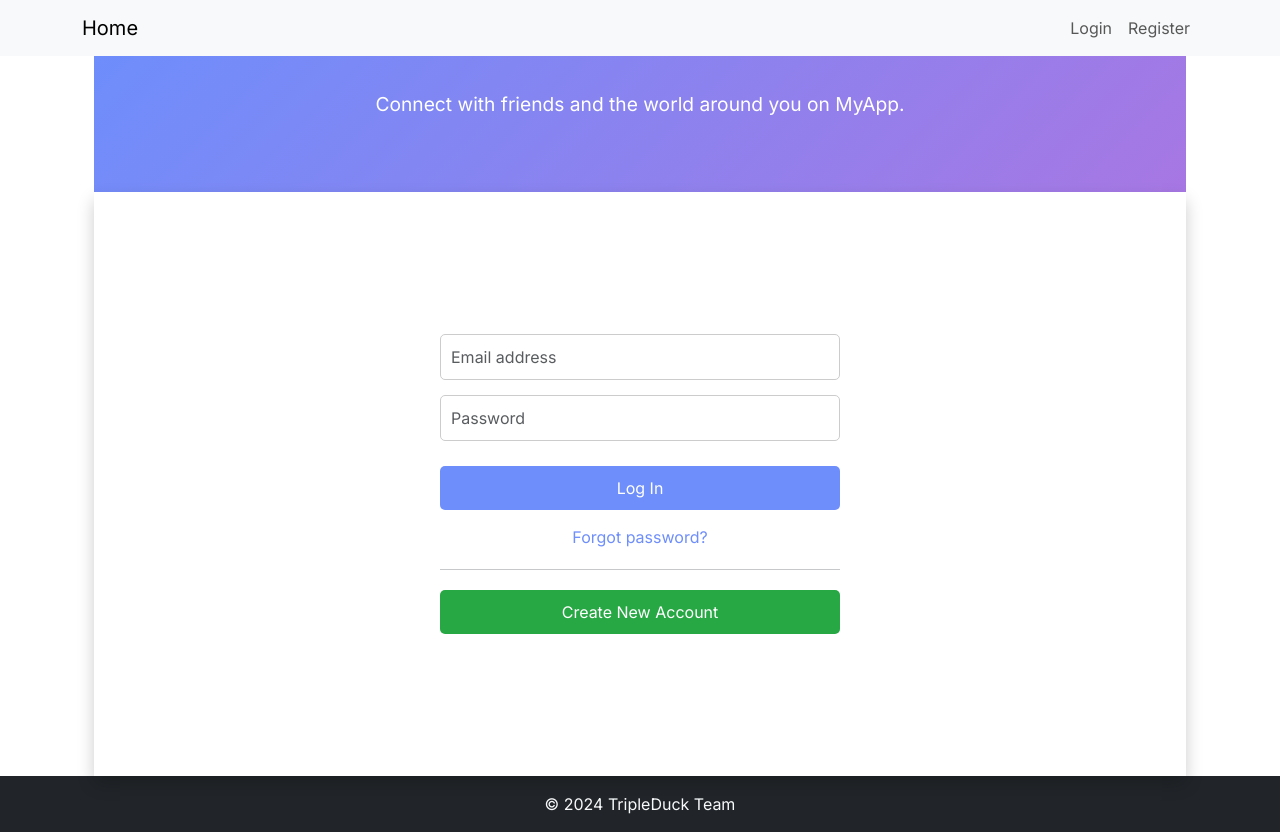
Repository: tdphong1293/KHDL01_DemoWebKafka
Page: /auth/login (app in Frontend_Client/)
The author's editor kept a copy of each file at every save. The page is drawn from the files as they stood at one save, then again after the next save.
The browser window is 1280 px wide. The pictures show the whole page.
The project was rebuilt for these pictures with package versions that can differ from the ones it lists, and the page was loaded fresh each time. The framework's server and built-in components were replaced by stand-ins that run in the browser. Also part of the build but not shown: Frontend_Client/next.config.mjs.

Above is the page before, as saved 2024-07-21 20:44:15.

### Frontend_Client/src/app/layout.tsx
import type { Metadata } from "next";
import { Inter } from "next/font/google";
import 'bootstrap/dist/css/bootstrap.min.css';
// import "@/styles/globals.css";
import Header from "@/components/header";
import Footer from "@/components/footer";
import { Container } from "react-bootstrap";
import { ToastContainer } from 'react-toastify';
import 'react-toastify/dist/ReactToastify.css';

const inter = Inter({ subsets: ["latin"] });

export const metadata: Metadata = {
    title: "Create Next App",
    description: "Generated by create next app",
};

export default function RootLayout({
    children,
}: Readonly<{
    children: React.ReactNode;
}>) {
    return (
        <html lang="en">
            <body className={inter.className}>
                <Header />
                <Container>
                    {children}
                </Container>
                <Footer />
                <ToastContainer />
            </body>
        </html>
    );
}

### Frontend_Client/src/app/auth/login/page.tsx
// src/app/auth/login/page.tsx
'use client';

import { FC } from 'react';
import { Form, Button } from 'react-bootstrap';
import ClientLayout from '@/components/clientLayout';
import styles from '../../../styles/page.module.css';

const Login: FC = () => {
  const handleSubmit = (event: React.FormEvent<HTMLFormElement>) => {
    event.preventDefault();
    // Xử lý logic đăng nhập ở đây
  };

  return (
    <ClientLayout>
      <div className={styles.loginContainer}>
        <div className={styles.topPanel}>
          <p className={styles.description}>Connect with friends and the world around you on MyApp.</p>
        </div>
        <div className={styles.bottomPanel}>
          <Form onSubmit={handleSubmit} className={styles.loginForm}>
            <Form.Group controlId="formBasicEmail" className={styles.formGroup}>
              <Form.Control type="email" placeholder="Email address" required className={styles.input} />
            </Form.Group>

            <Form.Group controlId="formBasicPassword" className={styles.formGroup}>
              <Form.Control type="password" placeholder="Password" required className={styles.input} />
            </Form.Group>

            <Button variant="primary" type="submit" className={styles.loginButton}>
              Log In
            </Button>

            <div className={styles.forgotPassword}>
              <a href="#">Forgot password?</a>
            </div>

            <hr className={styles.separator} />

            <Button variant="success" className={styles.createAccountButton}>
              Create New Account
            </Button>
          </Form>
        </div>
      </div>
    </ClientLayout>
  );
};

export default Login;

### Frontend_Client/src/components/header.tsx
'use client'

import Container from 'react-bootstrap/Container';
import Nav from 'react-bootstrap/Nav';
import Navbar from 'react-bootstrap/Navbar';
import Link from "next/link";

function Header() {
    return (
        <Navbar expand="lg" className="bg-body-tertiary">
            <Container>
                <Navbar.Brand>
                    <Link href={"/"} className="navbar-brand">Home</Link>
                </Navbar.Brand>
                <Navbar.Toggle aria-controls="basic-navbar-nav" />
                <Navbar.Collapse id="basic-navbar-nav">
                    <Nav className="me-auto">
                        {/* Các liên kết khác nếu có */}
                    </Nav>
                    <Nav className="ms-auto"> {/* Đặt các liên kết ở góc phải */}
                        <Nav.Item>
                            <Link href={"/auth/login"} className="nav-link">Login</Link>
                        </Nav.Item>
                        <Nav.Item>
                            <Link href={"/auth/register"} className="nav-link">Register</Link>
                        </Nav.Item>
                    </Nav>
                </Navbar.Collapse>
            </Container>
        </Navbar>
    );
}

export default Header;

### Frontend_Client/src/components/footer.tsx
'use client'
export default function Footer() {
    return (
        <footer className="bg-dark text-light py-3" style={{ display: 'flex', alignItems: 'center', justifyContent: 'center' }}>
            &copy; 2024 TripleDuck Team
        </footer>
    );
};

### Frontend_Client/src/components/clientLayout.tsx
// src/components/ClientLayout.tsx
'use client';

import { Container } from 'react-bootstrap';
import Header from './header';
import Footer from './footer';
import { ReactNode } from 'react';

export default function ClientLayout({ children }: { children: ReactNode }) {
  return (
    <>
      <Container>
        {children}
      </Container>
    </>
  );
}

### Frontend_Client/src/styles/page.module.css
.main {
  display: flex;
  flex-direction: column;
  justify-content: space-between;
  align-items: center;
  padding: 6rem;
  min-height: 100vh;
}

.description {
  display: inherit;
  justify-content: inherit;
  align-items: inherit;
  font-size: 0.85rem;
  max-width: var(--max-width);
  width: 100%;
  z-index: 2;
  font-family: var(--font-mono);
}

.description a {
  display: flex;
  justify-content: center;
  align-items: center;
  gap: 0.5rem;
}

.description p {
  position: relative;
  margin: 0;
  padding: 1rem;
  background-color: rgba(var(--callout-rgb), 0.5);
  border: 1px solid rgba(var(--callout-border-rgb), 0.3);
  border-radius: var(--border-radius);
}

.code {
  font-weight: 700;
  font-family: var(--font-mono);
}

.grid {
  display: grid;
  grid-template-columns: repeat(4, minmax(25%, auto));
  max-width: 100%;
  width: var(--max-width);
}

.card {
  padding: 1rem 1.2rem;
  border-radius: var(--border-radius);
  background: rgba(var(--card-rgb), 0);
  border: 1px solid rgba(var(--card-border-rgb), 0);
  transition: background 200ms, border 200ms;
}

.card span {
  display: inline-block;
  transition: transform 200ms;
}

.card h2 {
  font-weight: 600;
  margin-bottom: 0.7rem;
}

.card p {
  margin: 0;
  opacity: 0.6;
  font-size: 0.9rem;
  line-height: 1.5;
  max-width: 30ch;
  text-wrap: balance;
}

.center {
  display: flex;
  justify-content: center;
  align-items: center;
  position: relative;
  padding: 4rem 0;
}

.center::before {
  background: var(--secondary-glow);
  border-radius: 50%;
  width: 480px;
  height: 360px;
  margin-left: -400px;
}

.center::after {
  background: var(--primary-glow);
  width: 240px;
  height: 180px;
  z-index: -1;
}

.center::before,
.center::after {
  content: "";
  left: 50%;
  position: absolute;
  filter: blur(45px);
  transform: translateZ(0);
}

.logo {
  position: relative;
}
/* Enable hover only on non-touch devices */
@media (hover: hover) and (pointer: fine) {
  .card:hover {
    background: rgba(var(--card-rgb), 0.1);
    border: 1px solid rgba(var(--card-border-rgb), 0.15);
  }

  .card:hover span {
    transform: translateX(4px);
  }
}

@media (prefers-reduced-motion) {
  .card:hover span {
    transform: none;
  }
}

/* Mobile */
@media (max-width: 700px) {
  .content {
    padding: 4rem;
  }

  .grid {
    grid-template-columns: 1fr;
    margin-bottom: 120px;
    max-width: 320px;
    text-align: center;
  }

  .card {
    padding: 1rem 2.5rem;
  }

  .card h2 {
    margin-bottom: 0.5rem;
  }

  .center {
    padding: 8rem 0 6rem;
  }

  .center::before {
    transform: none;
    height: 300px;
  }

  .description {
    font-size: 0.8rem;
  }

  .description a {
    padding: 1rem;
  }

  .description p,
  .description div {
    display: flex;
    justify-content: center;
    position: fixed;
    width: 100%;
  }

  .description p {
    align-items: center;
    inset: 0 0 auto;
    padding: 2rem 1rem 1.4rem;
    border-radius: 0;
    border: none;
    border-bottom: 1px solid rgba(var(--callout-border-rgb), 0.25);
    background: linear-gradient(
      to bottom,
      rgba(var(--background-start-rgb), 1),
      rgba(var(--callout-rgb), 0.5)
    );
    background-clip: padding-box;
    backdrop-filter: blur(24px);
  }

  .description div {
    align-items: flex-end;
    pointer-events: none;
    inset: auto 0 0;
    padding: 2rem;
    height: 200px;
    background: linear-gradient(
      to bottom,
      transparent 0%,
      rgb(var(--background-end-rgb)) 40%
    );
    z-index: 1;
  }
}

/* Tablet and Smaller Desktop */
@media (min-width: 701px) and (max-width: 1120px) {
  .grid {
    grid-template-columns: repeat(2, 50%);
  }
}

@media (prefers-color-scheme: dark) {
  .vercelLogo {
    filter: invert(1);
  }

  .logo {
    filter: invert(1) drop-shadow(0 0 0.3rem #ffffff70);
  }
}

@keyframes rotate {
  from {
    transform: rotate(360deg);
  }
  to {
    transform: rotate(0deg);
  }
}

/*Login*/
.loginContainer {
  display: flex;
  flex-direction: column;
  height: 100vh;
}

.topPanel {
  flex: 0.15;
  display: flex;
  align-items: center;
  justify-content: center;
  background: linear-gradient(135deg, #6e8efb, #a777e3);
  color: white;
  text-align: center;
  padding: 20px;
}

.bottomPanel {
  flex: 0.85;
  display: flex;
  align-items: center;
  justify-content: center;
  background: white;
  box-shadow: 0 8px 16px rgba(0, 0, 0, 0.2);
  padding: 20px;
}

.brand {
  font-size: 2.5rem;
  margin-bottom: 20px;
  animation: fadeInDown 1s ease-in-out;
}

.description {
  font-size: 1.2rem;
  margin-bottom: 40px;
}

.loginForm {
  width: 100%;
  max-width: 400px;
  animation: fadeInUp 1s ease-in-out;
}

.formGroup {
  margin-bottom: 15px;
}

.input {
  padding: 10px;
  border-radius: 5px;
  border: 1px solid #ccc;
  transition: border-color 0.3s ease;
}

.input:focus {
  border-color: #6e8efb;
  outline: none;
}

.loginButton {
  width: 100%;
  padding: 10px;
  margin-top: 10px;
  background-color: #6e8efb;
  border: none;
  border-radius: 5px;
  transition: background-color 0.3s ease;
}

.loginButton:hover {
  background-color: #a777e3;
}

.forgotPassword {
  text-align: center;
  margin-top: 15px;
}

.forgotPassword a {
  color: #6e8efb;
  text-decoration: none;
  transition: color 0.3s ease;
}

.forgotPassword a:hover {
  color: #a777e3;
}

.separator {
  margin: 20px 0;
}

.createAccountButton {
  width: 100%;
  padding: 10px;
  background-color: #28a745;
  border: none;
  border-radius: 5px;
  transition: background-color 0.3s ease;
}

.createAccountButton:hover {
  background-color: #218838;
}

@keyframes fadeInDown {
  0% {
    opacity: 0;
    transform: translateY(-20px);
  }
  100% {
    opacity: 1;
    transform: translateY(0);
  }
}

@keyframes fadeInUp {
  0% {
    opacity: 0;
    transform: translateY(20px);
  }
  100% {
    opacity: 1;
    transform: translateY(0);
  }
}

After the next save:
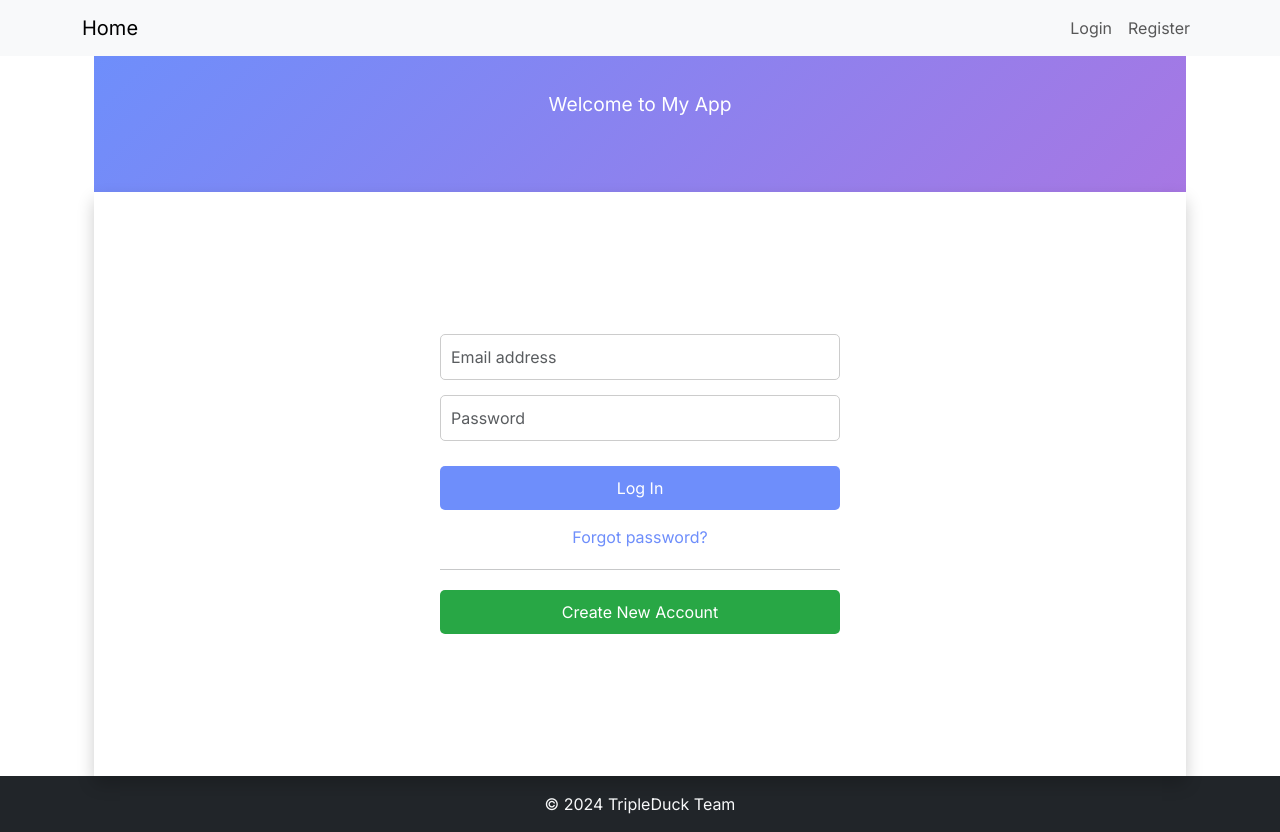
Saved 17 s later.
--- a/Frontend_Client/src/app/auth/login/page.tsx
+++ b/Frontend_Client/src/app/auth/login/page.tsx
@@ -16,7 +16,7 @@ const Login: FC = () => {
     <ClientLayout>
       <div className={styles.loginContainer}>
         <div className={styles.topPanel}>
-          <p className={styles.description}>Connect with friends and the world around you on MyApp.</p>
+          <p className={styles.description}>Welcome to My App</p>
         </div>
         <div className={styles.bottomPanel}>
           <Form onSubmit={handleSubmit} className={styles.loginForm}>
